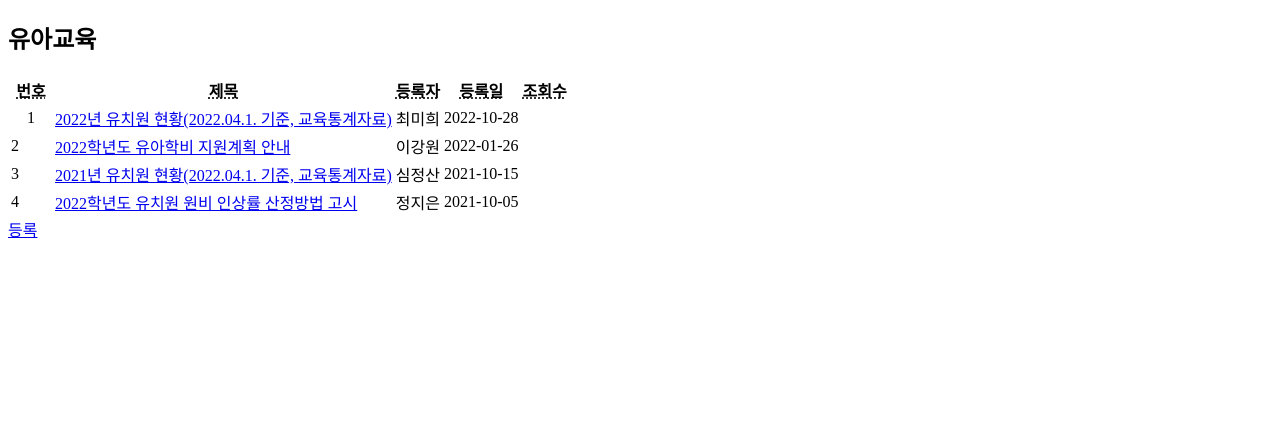
Repository: songyooon/pro06
Page: http://localhost/policy/infantlist
The author's editor kept a copy of each file at every save. The page is drawn from the files as they stood at one save, then again after the next save.
The browser window is 1280 px wide. The pictures show the whole page.
The page is this project's Thymeleaf template; nobody is signed in. The template is opened directly, without the code that normally fills it, so the values that code supplies are empty.

Above is the page before, as saved 2022-12-26 04:25:00.

After the next save:
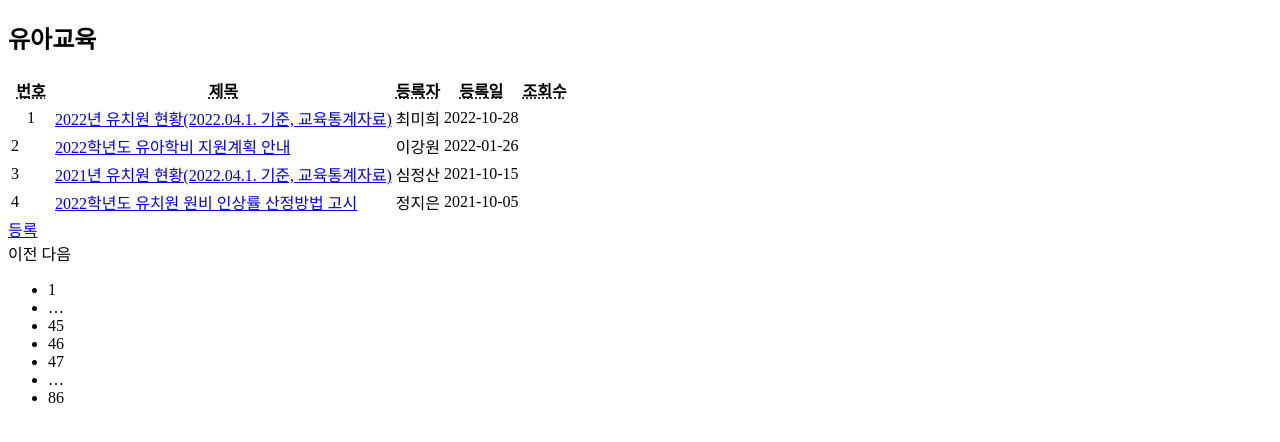
Saved 90 s later.
--- a/myapp/src/main/resources/templates/policy/infantlist.html
+++ b/myapp/src/main/resources/templates/policy/infantlist.html
@@ -106,6 +106,20 @@
               <a href="/pro04/about/addEsgnews.html" class="button is-danger is-small is-outlined is-rounded">등록</a>
             </div>
 
+            <nav class="pagination is-centered" role="navigation" aria-label="pagination">
+  <a class="pagination-previous">이전</a>
+  <a class="pagination-next">다음</a>
+  <ul class="pagination-list">
+    <li><a class="pagination-link" aria-label="Goto page 1">1</a></li>
+    <li><span class="pagination-ellipsis">&hellip;</span></li>
+    <li><a class="pagination-link" aria-label="Goto page 45">45</a></li>
+    <li><a class="pagination-link is-current" aria-label="Page 46" aria-current="page">46</a></li>
+    <li><a class="pagination-link" aria-label="Goto page 47">47</a></li>
+    <li><span class="pagination-ellipsis">&hellip;</span></li>
+    <li><a class="pagination-link" aria-label="Goto page 86">86</a></li>
+  </ul>
+</nav>
+
   	</div>
 </div>
 </body>
